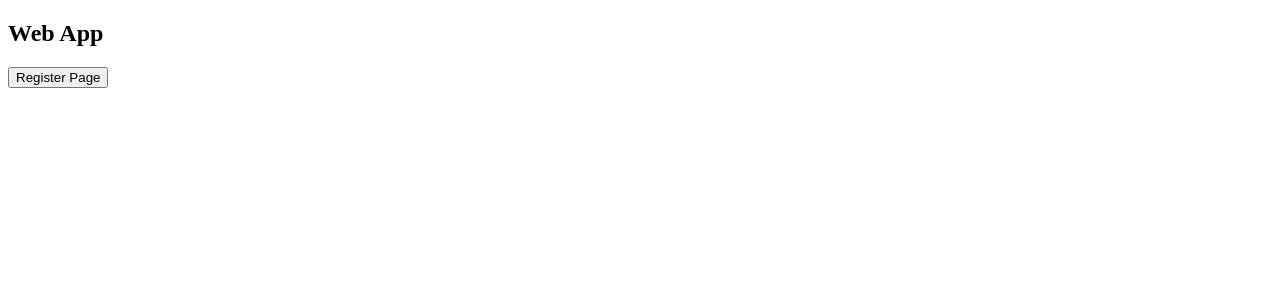
Repository: Claudiaccrv/repo-aws-290
Page: home.html
An editor plug-in stored every save of this project. The page is shown before and after the next save, followed by the edit.
The browser window is 1280 px wide. The pictures show the whole page.

Above is the page before, as saved 2024-10-01 02:09:14.

After the next save:
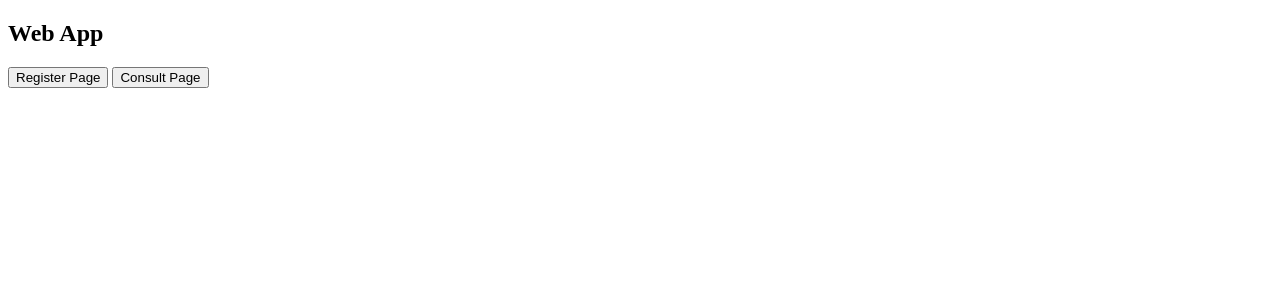
Saved 57 s later.
--- a/home.html
+++ b/home.html
@@ -8,5 +8,6 @@
 <body>
     <h2> Web App </h2>
     <button> Register Page </button>
+    <button> Consult Page </button>
 </body>
 </html>
